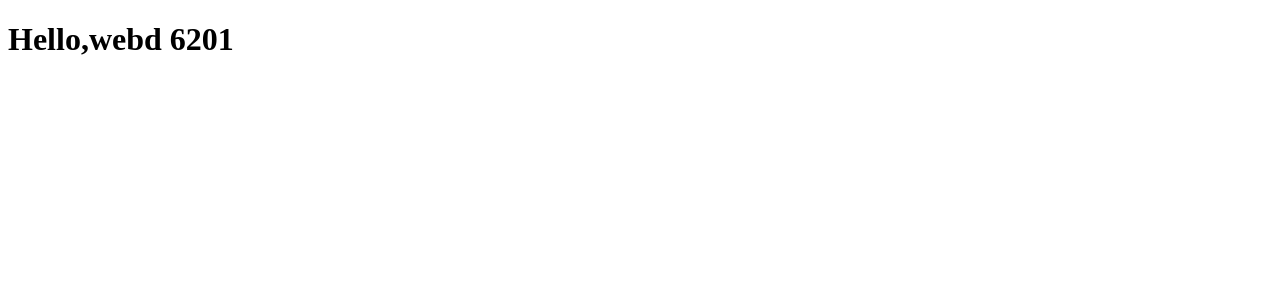
Repository: Hasib001/WEBD-6201-W2021-week1
Page: Index.html
These files come from the project's save history. The page is drawn as it stood at one moment and after the next save; the edit follows.
The browser window is 1280 px wide. The pictures show the whole page.

Above is the page before, as saved 2021-01-20 00:43:48.

### Index.html
<!DOCTYPE html>
<html lang="en">
<head>
    <meta charset="UTF-8">
    <meta name="viewport" content="width=device-width, initial-scale=1.0">
    <title>Hello World</title>
    <!--CSS Section -->
</head>
<body>
    <!--JAvascript section-->
    <div>
        <h1>Hello,webd 6201</h1>
    </div>
</body>
</html>

After the next save:
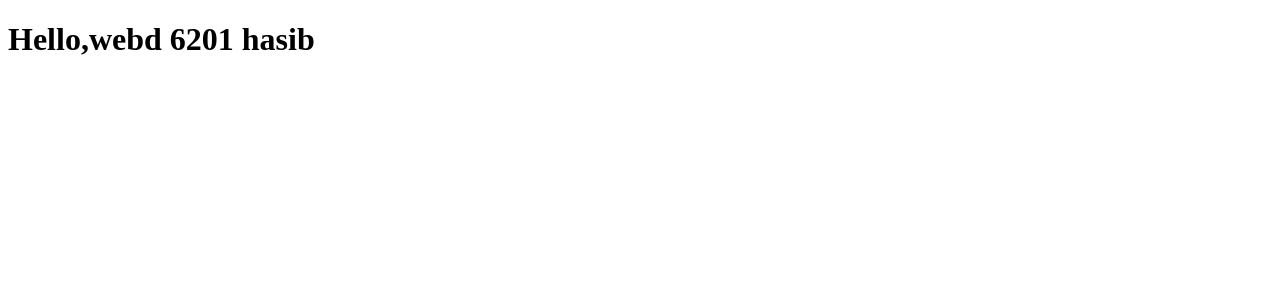
Saved 16 s later.
--- a/Index.html
+++ b/Index.html
@@ -9,7 +9,7 @@
 <body>
     <!--JAvascript section-->
     <div>
-        <h1>Hello,webd 6201</h1>
+        <h1>Hello,webd 6201 hasib </h1>
     </div>
 </body>
 </html>

After the save that followed:
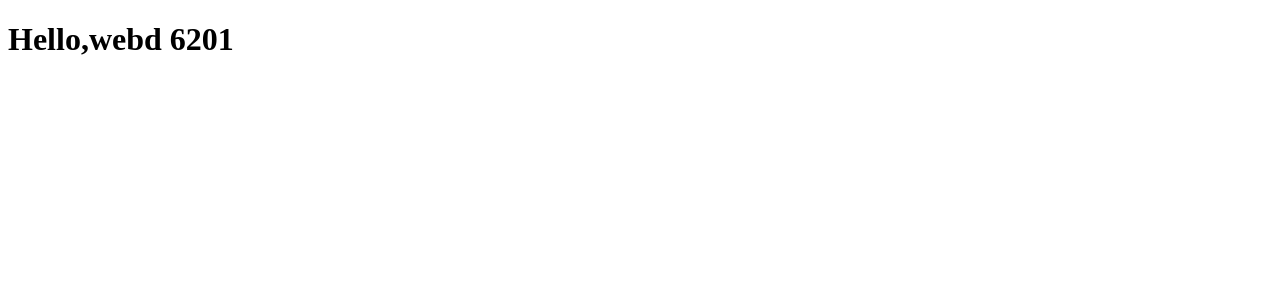
Saved 10 s later.
--- a/Index.html
+++ b/Index.html
@@ -9,7 +9,7 @@
 <body>
     <!--JAvascript section-->
     <div>
-        <h1>Hello,webd 6201 hasib </h1>
+        <h1>Hello,webd 6201</h1>
     </div>
 </body>
 </html>
